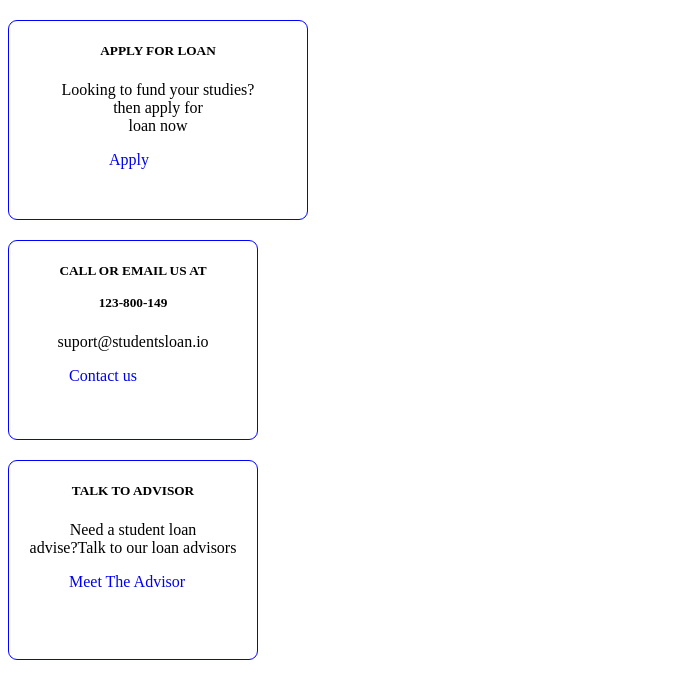
Repository: Tobby004/basic-loanweb
Page: contact.html
The author's editor kept a copy of each file at every save. The page is drawn from the files as they stood at one save, then again after the next save.
The browser window is 375 px wide. The page is 698 px wide, then 375 px, so the pictures cover 698 px, including what lies to the right of the window. The pictures show the whole page.

Above is the page before, as saved 2023-07-05 10:05:01.

After the next save:
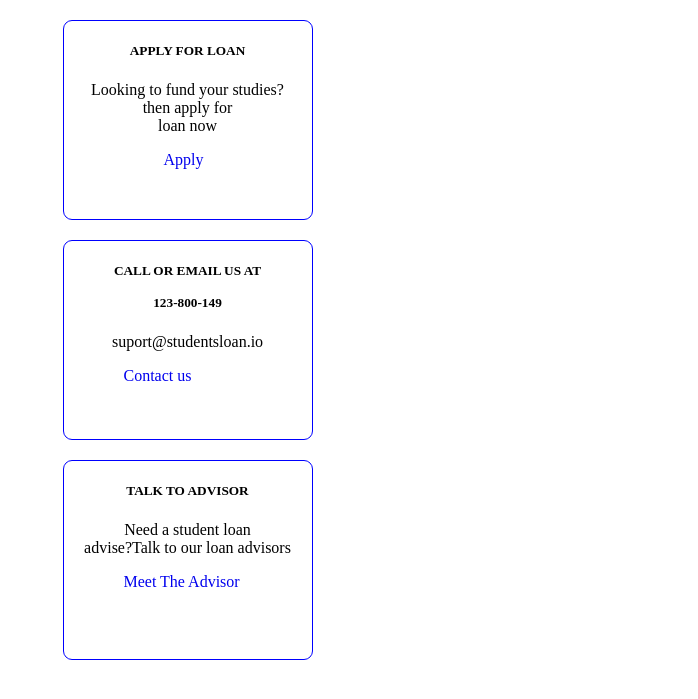
Saved 69 s later.
--- a/contact.css
+++ b/contact.css
@@ -19,7 +19,7 @@
 .cob-1 {
     margin-top: 20px;
     height: 200px;
-    width: 300px;
+    width: 250px;
     background: white;
     border-radius: 9px;
     border: solid 0.5px blue;
@@ -59,6 +59,7 @@ margin-left: 100px;
 @media only screen and (max-width: 400px) {
     .contact-box {
         display: block;
+        width: max-content;
     }
 
 }
